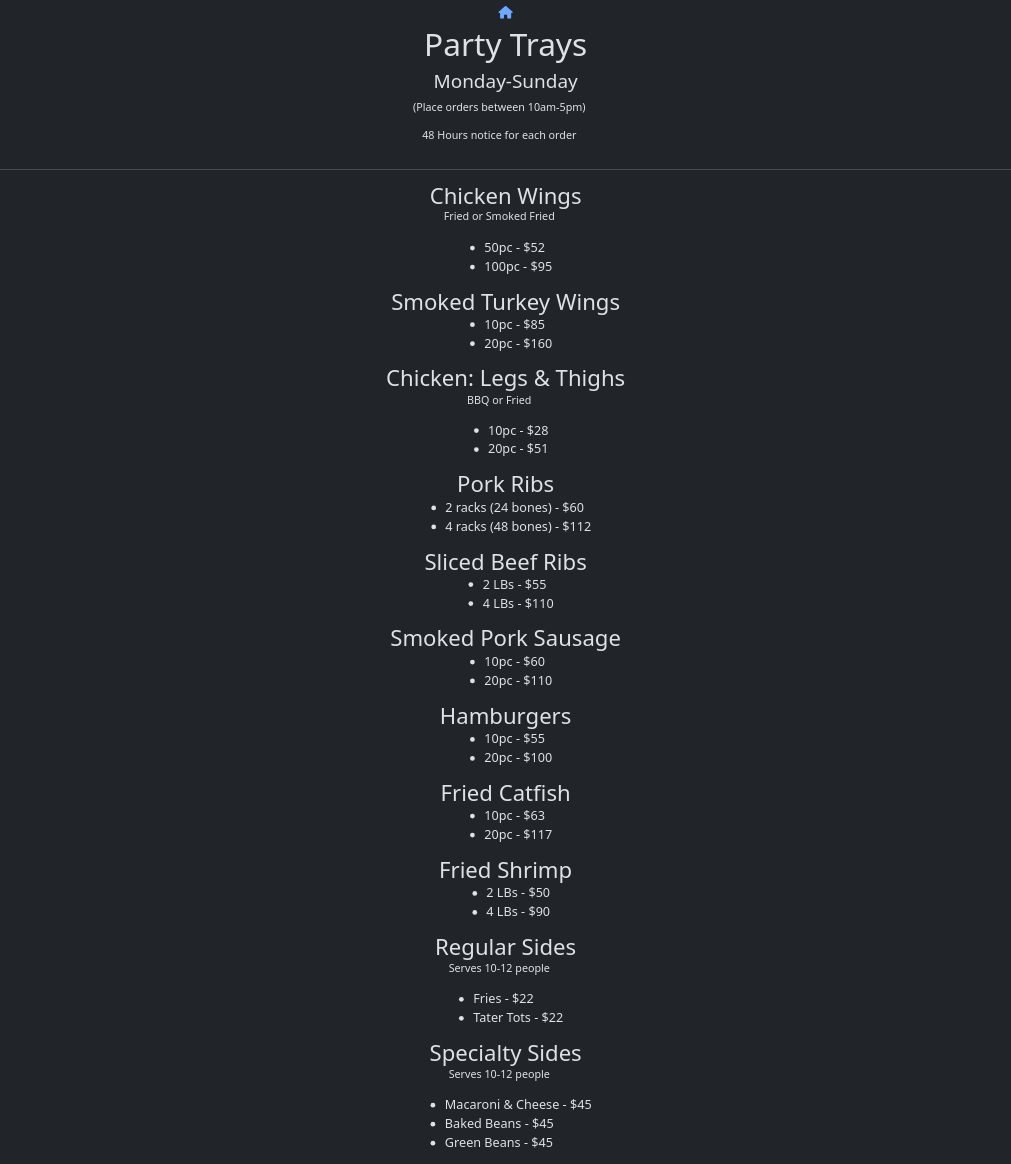
Repository: dukedward/smokehousemenu
Page: trays/index.html
These files come from the project's save history. The page is drawn as it stood at one moment and after the next save; the edit follows.
The browser window is 1280 px wide. The pictures show the whole page, at 79% of full size.
Some web libraries are served in a nearby version.

Above is the page before, as saved 2023-03-01 13:42:08.

After the next save:
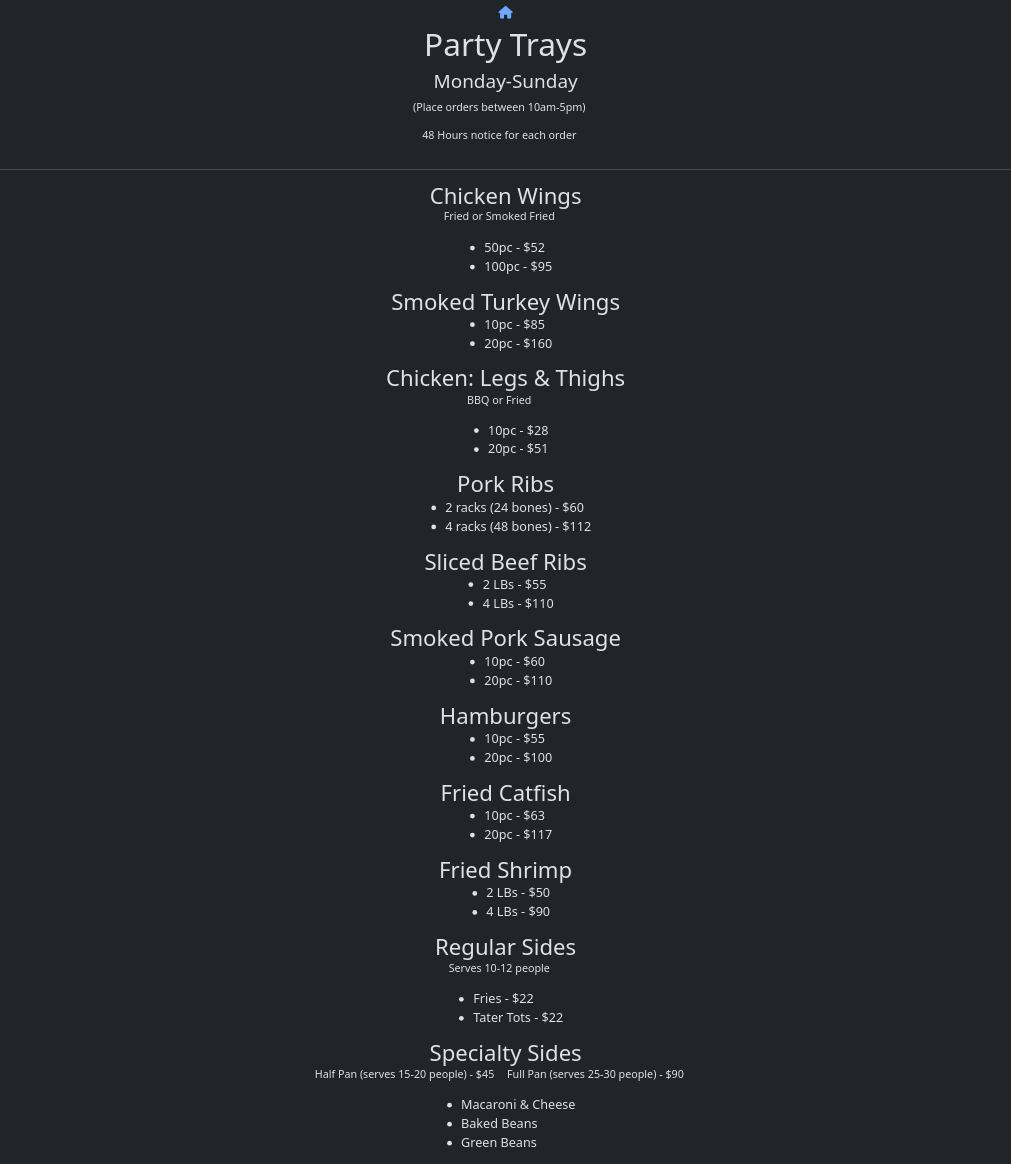
Saved 5 h 29 min later.
--- a/trays/index.html
+++ b/trays/index.html
@@ -104,12 +104,13 @@
         <div class="sect">
             <h3>Specialty Sides</h3>
             <div class="desc">
-                <p>Serves 10-12 people</p>
+                <p>Half Pan (serves 15-20 people) - $45</p>
+                <p>Full Pan (serves 25-30 people) - $90</p>
             </div>
             <ul>
-                <li>Macaroni & Cheese - $45</li>
-                <li>Baked Beans - $45</li>
-                <li>Green Beans - $45</li>
+                <li>Macaroni & Cheese</li>
+                <li>Baked Beans</li>
+                <li>Green Beans</li>
             </ul>
         </div>
     </div>
